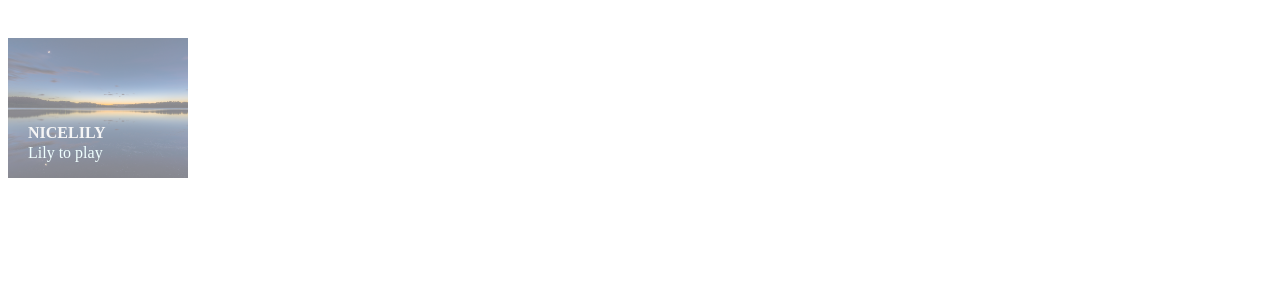
Repository: northpx/animation
Page: index.html
An editor plug-in stored every save of this project. The page is shown before and after the next save, followed by the edit.
The browser window is 1280 px wide. The pictures show the whole page.

Above is the page before, as saved 2022-12-19 20:50:24.

### index.html
<!DOCTYPE html>
<html lang="en">
<head>
    <meta charset="UTF-8">
    <meta http-equiv="X-UA-Compatible" content="IE=edge">
    <meta name="viewport" content="width=device-width, initial-scale=1.0">
    <link rel="stylesheet" href="style.css">
    <title>Document</title>
</head>
<body>
        <!-- <div class="box1">box1</div>
        <div class="box2">
            <div class="box_child"></div>
        </div>
        <div class="box3">box3</div>
        <div class="box4">box4</div>

        <div class="box_circle">

        </div>
        <div class="box_skew"></div> -->

        <div class="container">
            <img src="nature_lake_sunset_landscape_ultrahd_4k_wallpaper_3840x2160.jpg" alt="" class="image">
            <div class="content">
                <p>NICELILY</p>
            </div>
            <div class="content1">
                <p>Lily to play</p>
            </div>
        </div>
</body>
</html>

### style.css
/* .box1{
    width: 100px;
    height: 100px;
    background-color: aqua;
    transform: rotateX(45deg);
}

.box2{
    width: 100px;
    height: 100px;
    background-color: bisque;
    transform: rotateY(-45deg);
}

.box3{
    width: 100px;
    height: 100px;
    background-color: blueviolet;
    transform: rotate(180deg);
} */
/* .box1{
    width: 100px;
    height: 100px;
    background-color: yellowgreen;
    transform: translateX(100px);
}

.box2{
    width: 200px;
    height: 200px;
    background-color: yellowgreen;
    position: relative;
}
.box_child{
    position: absolute;
    width: 20px;
    height: 20px;
    background-color: black;
    top: 50%;
    left: 50%;
    transform: translate(-50%, -50%);
}

.box3{
    width: 100px;
    height: 100px;
    background-color: antiquewhite;
    transform: translateY(100px);
}
.box4{
    width: 100px;
    height: 100px;
    background-color:  beige;
    transform: translateX(-50px);
}

.box_circle{
    width: 100px;
    height: 100px;
    background-color: blueviolet;
    border-radius: 50%;
    scale: 1;
    transition: all 0.3s ease-in-out;
}

.box_circle:hover{
    scale: 1.5;
}

.box_skew{
    width: 100px;
    height: 100px;
    background-color: bisque;
    /* transform: skewX(45deg); */
    /* transform: skew(50deg, 0deg);
/* } */

/* .box{
    width: 100px;
    height: 100px;
    background-color: aquamarine;
    margin: 50px;
    perspective: 300px;
    position: relative;
}
.box_child{
    width: 20px;
    height: 20px;
    background-color: blueviolet;
    top: 50%;
    left: 50%;
    position: absolute;
}

.box_child:hover{
    transform: translateZ(100px);
} */
.container{
    width: 180px;
    height: 200px;
    overflow: hidden;
    position: relative;
}

 .image{
    width: 250px;
    height: 200px;
    object-fit: contain;
    transform: translateX(-20px);
    transition: all .5s linear;
    opacity: 0.5;
}

.container:hover .image{
    transform: translateX(0px);
    opacity: 1;
}

.content p{
    position: absolute;
    color: whitesmoke;
    top: 100px;
    left: 20px;
    transition: 1s ease-in;
    font-weight: bold;
}

.container:hover .content{
    transform: translateY(-220px);
}

.content1 p{
    position: absolute;
    color: azure;
    top: 120px;
    left: 20px;
    opacity: 1;
    transition: all 1s ease-in;
}

.container:hover .content1{
    transform: translateY(-220px);
    opacity: 1;
}

After the next save:
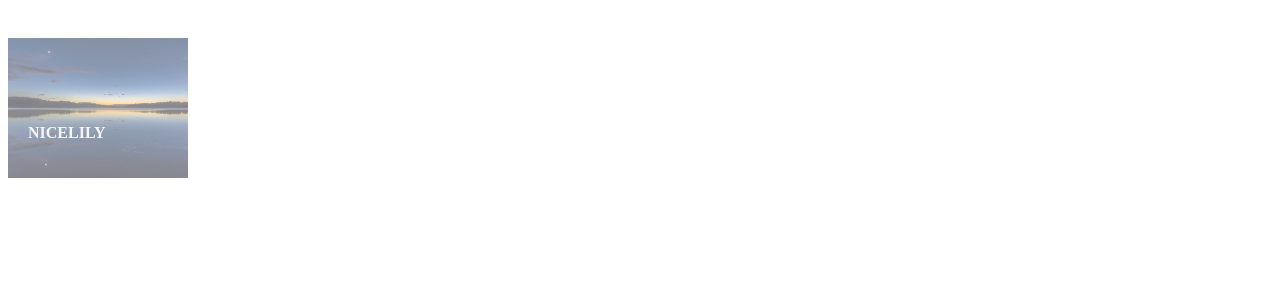
Saved 9 s later.
--- a/style.css
+++ b/style.css
@@ -134,7 +134,7 @@
     color: azure;
     top: 120px;
     left: 20px;
-    opacity: 1;
+    opacity: 0;
     transition: all 1s ease-in;
 }
 

After the 2 saves that followed:
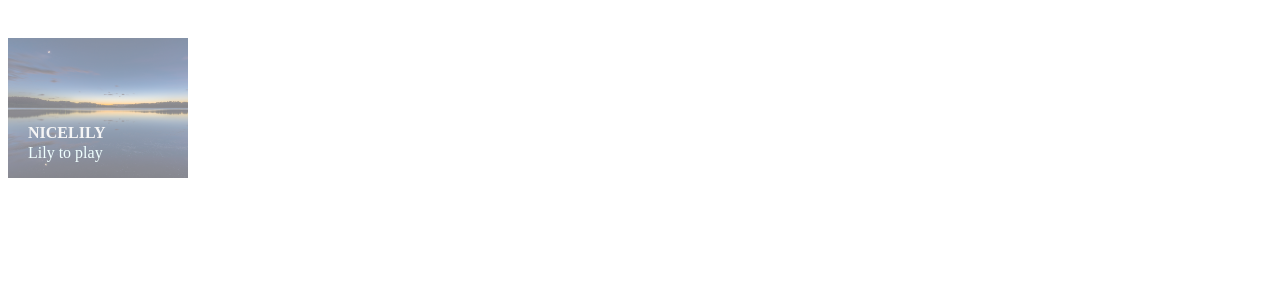
The 2 saves are shown as one change because 1 left the picture as it was.
The last was saved 57 s later.
--- a/style.css
+++ b/style.css
@@ -134,11 +134,11 @@
     color: azure;
     top: 120px;
     left: 20px;
-    opacity: 0;
+    opacity: 1;
     transition: all 1s ease-in;
 }
 
-.container:hover .content1{
+.container:hover .content1 p{
     transform: translateY(-220px);
     opacity: 1;
 }
